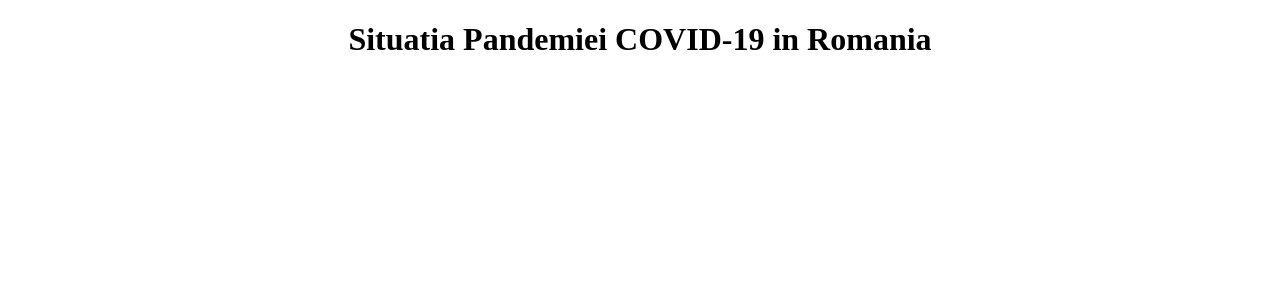
Repository: leonardpirlog/cc_2020_PL
Page: home.html
The author's editor kept a record of every edit. The page is drawn from the files as they stood at one moment, then again after the next edit.
The browser window is 1280 px wide. The pictures show the whole page.
The page's requests for data from a server got no answer.

Above is the page before.

After the next edit:
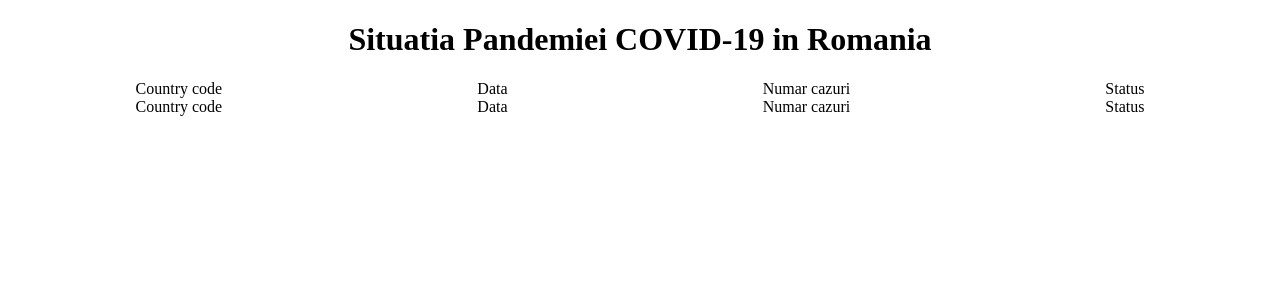
The edit:
--- a/home.html
+++ b/home.html
@@ -19,18 +19,29 @@
         </div>
         <div class="api1_data">
             <div id="api1_table" class="api_table">
-                <div class="api_header"></div>
-                <div class="api_body"></div>
+                <div class="api_header">
+                    <div>Country code</div>
+                    <div>Data</div>
+                    <div>Numar cazuri</div>
+                    <div>Status</div>
+                </div>
+                <div class="api_body">
+
+                </div>
             </div>
-            <table class="api1_table">
-                <thead>
-                    <tr>
-                    </tr>
-                </thead>
-                <tbody>
+        </div>
+        <div class="api2_data">
+            <div id="api2_table" class="api_table">
+                <div class="api_header">
+                    <div>Country code</div>
+                    <div>Data</div>
+                    <div>Numar cazuri</div>
+                    <div>Status</div>
+                </div>
+                <div class="api_body">
 
-                </tbody>
-            </table>
+                </div>
+            </div>
         </div>
     </body>
 </html>
